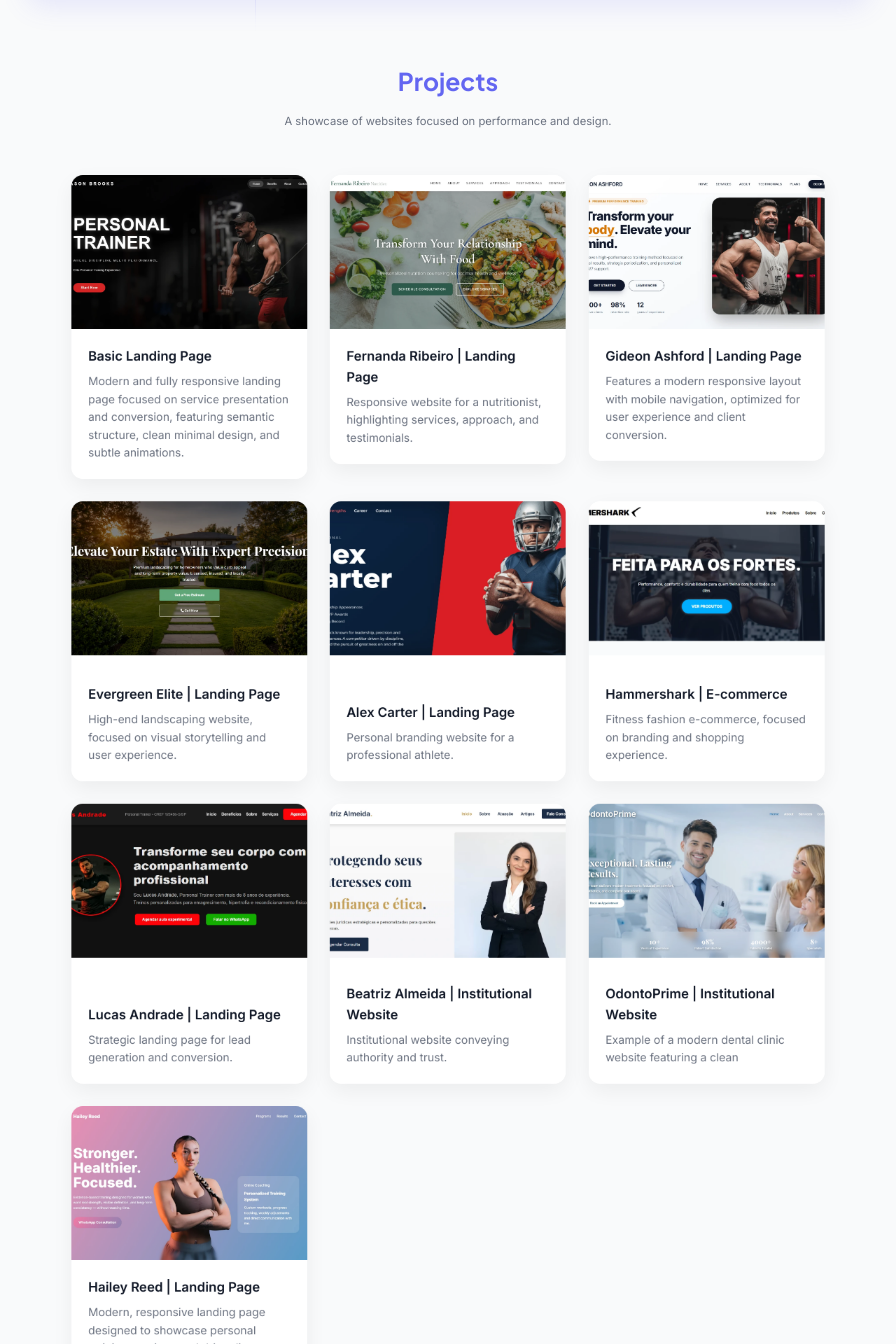
Repository: davidfsillva/portifolio
Page: index.html
The author's editor kept a copy of each file at every save. The page is drawn from the files as they stood at one save, then again after a run of saves.
The browser window is 1280 px wide. The pictures show the part of the page from y = 1233 to 3153 px (the page is 3843 px tall before and 3851 px after), at 70% of full size.

Above is the page before, as saved 2026-02-21 18:56:40.
Console error: TypeError: Cannot read properties of null (reading 'addEventListener')

### index.html
<!DOCTYPE html>
<html lang="en">
<head>
    <meta charset="UTF-8">
    <meta name="viewport" content="width=device-width, initial-scale=1.0">

    <title>David Ferreira | Front-end Developer & Premium UI Designer</title>

    <!-- Primary SEO -->
    <meta name="description" content="David Ferreira is a front-end developer specialized in premium interfaces, high-conversion landing pages, and modern digital experiences.">
    <meta name="keywords" content="Front-end Developer, Web Designer, UI Designer, Landing Page, Web Development, Freelancer Brazil">
    <meta name="author" content="David Ferreira">
    <meta name="robots" content="index, follow">
    <link rel="canonical" href="https://davidfsillva.github.io/portifolio/">

    <!-- Open Graph (Facebook, LinkedIn) -->
    <meta property="og:title" content="David Ferreira | Premium Front-end Developer">
    <meta property="og:description" content="High-standard digital interfaces focused on performance and conversion.">
    <meta property="og:image" content="https://yourdomain.com/preview.jpg">
    <meta property="og:url" content="https://davidfsillva.github.io/portifolio/">
    <meta property="og:type" content="website">

    <!-- Twitter Card -->
    <meta name="twitter:card" content="summary_large_image">
    <meta name="twitter:title" content="David Ferreira | Web Developer">
    <meta name="twitter:description" content="Premium web development focused on performance and modern design.">
    <meta name="twitter:image" content="https://yourdomain.com/preview.jpg">

    <!-- Favicon -->
    <link rel="icon" href="img/icon.png" type="image/x-icon">

    <!-- Fonts -->
    <link href="https://fonts.googleapis.com/css2?family=Inter:wght@300;400;600&family=Plus+Jakarta+Sans:wght@700;800&display=swap" rel="stylesheet">

    <!-- Font Awesome -->
    <link rel="stylesheet" href="https://cdnjs.cloudflare.com/ajax/libs/font-awesome/6.5.0/css/all.min.css" integrity="sha512-..." crossorigin="anonymous" referrerpolicy="no-referrer" />

    <link rel="stylesheet" href="style.css">
</head>

<body>

    <!-- NAVBAR -->
    <nav class="navbar">
        <div class="logo"><a href="#">David | Web Developer<span>.</span></a></div>

        <ul class="nav-links">
            <li><a href="#about">About</a></li>
            <li><a href="#portfolio">Projects</a></li>
            <li><a href="#contact" class="btn-sm">Contact</a></li>
        </ul>
    </nav>

    <!-- HERO -->
    <section class="hero">
        <div class="hero-content">
            <h1>Creating high-level digital <span> with code experiences</span></h1>
            <p>Front-end developer specialized in high-standard interfaces and landing pages focused on results.</p>
            <div class="hero-btns">
                <a href="#portfolio" class="btn-primary">See Projects</a>
                <a href="#contact" class="btn-secondary">Let's Talk</a>
            </div>
        </div>
        <div class="hero-visual">
            <div class="hero-glow"></div>
        </div>
    </section>

    <!-- ABOUT -->
    <section id="about" class="section">
        <h2>About Me</h2>
        <p>I'm David Ferreira, a Front-end developer focused on creating modern, functional websites with premium interfaces. I work with HTML, CSS, JavaScript, and React, prioritizing performance, design, and user experience.</p>
        <p>My goal is to help businesses and professionals stand out digitally through websites that convey trust and deliver real results.</p>
    </section>

    <!-- PORTFOLIO -->
    <section id="portfolio" class="portfolio">
        <div class="section-header">
            <h2>Projects</h2>
            <p>A showcase of websites focused on performance and design.</p>
        </div>
        <div class="portfolio-grid">

                                    <!--Project 10-->
            <a href="https://davidfsillva.github.io/Jason-Brooks/" target="_blank" class="project-link">
                <div class="project-card">
                    <div class="card-image">
                        <img src="img/jason.webp" alt="Gideon Ashford">
                        <div class="card-overlay"><span>View Details</span></div>
                    </div>
                    <div class="card-info">
                        <h3>Basic Landing Page</h3>
                        <p>Modern and fully responsive landing page focused on service presentation and conversion, featuring semantic structure, clean minimal design, and subtle animations.</p>
                    </div>
                </div>
            </a>

                                    <!--Project 9-->
            <a href="https://davidfsillva.github.io/Fernanda-Ribeiro/" target="_blank" class="project-link">
                <div class="project-card">
                    <div class="card-image">
                        <img src="img/nutri.webp" alt="Gideon Ashford">
                        <div class="card-overlay"><span>View Details</span></div>
                    </div>
                    <div class="card-info">
                        <h3>Fernanda Ribeiro | Landing Page</h3>
                        <p>Responsive website for a nutritionist, highlighting services, approach, and testimonials.</p>
                    </div>
                </div>
            </a>

                                    <!--Project 8-->
            <a href="https://davidfsillva.github.io/Gideon-Ashford/" target="_blank" class="project-link">
                <div class="project-card">
                    <div class="card-image">
                        <img src="img/gideon.webp" alt="Gideon Ashford">
                        <div class="card-overlay"><span>View Details</span></div>
                    </div>
                    <div class="card-info">
                        <h3>Gideon Ashford | Landing Page</h3>
                        <p>Features a modern responsive layout with mobile navigation, optimized for user experience and client conversion.</p>
                    </div>
                </div>
            </a>

            <!-- Project 6 -->
            <a href="https://davidfsillva.github.io/Evergreen-Elite-Landscaping/" target="_blank" class="project-link">
                <div class="project-card">
                    <div class="card-image">
                        <img src="img/lndg.webp" alt="Alex Carter Project">
                        <div class="card-overlay"><span>View Details</span></div>
                    </div>
                    <div class="card-info">
                        <h3>Evergreen Elite | Landing Page</h3>
                        <p>High-end landscaping website, focused on visual storytelling and user experience.</p>
                    </div>
                </div>
            </a>

            <!-- Project 1 -->
            <a href="https://davidfsillva.github.io/Alex-Carter/" target="_blank" class="project-link">
                <div class="project-card">
                    <div class="card-image">
                        <img src="img/alex.webp" alt="Alex Carter Project">
                        <div class="card-overlay"><span>View Details</span></div>
                    </div>
                    <div class="card-info">
                        <h3>Alex Carter | Landing Page</h3>
                        <p>Personal branding website for a professional athlete.</p>
                    </div>
                </div>
            </a>

            <!-- Project 2 -->
            <a href="https://davidfsillva.github.io/e-hammershark/" target="_blank" class="project-link">
                <div class="project-card">
                    <div class="card-image">
                        <img src="img/ecomerce.webp" alt="Hammershark Project">
                        <div class="card-overlay"><span>View Details</span></div>
                    </div>
                    <div class="card-info">
                        <h3>Hammershark | E-commerce</h3>
                        <p>Fitness fashion e-commerce, focused on branding and shopping experience.</p>
                    </div>
                </div>
            </a>

            <!-- Project 3 -->
            <a href="https://davidfsillva.github.io/landing-page/" target="_blank" class="project-link">
                <div class="project-card">
                    <div class="card-image">
                        <img src="img/lucas.webp" alt="Landing Page Project">
                        <div class="card-overlay"><span>View Details</span></div>
                    </div>
                    <div class="card-info">
                        <h3>Lucas Andrade | Landing Page</h3>
                        <p>Strategic landing page for lead generation and conversion.</p>
                    </div>
                </div>
            </a>

            <!-- Project 4 -->
            <a href="https://davidfsillva.github.io/beatriz-almeida-adv/" target="_blank" class="project-link">
                <div class="project-card">
                    <div class="card-image">
                        <img src="img/adv.webp" alt="Beatriz Almeida Law Firm Project">
                        <div class="card-overlay"><span>View Details</span></div>
                    </div>
                    <div class="card-info">
                        <h3>Beatriz Almeida | Institutional Website</h3>
                        <p>Institutional website conveying authority and trust.</p>
                    </div>
                </div>
            </a>

                        <!-- Project 7 -->
            <a href="https://davidfsillva.github.io/OdontoPrime/" target="_blank" class="project-link">
                <div class="project-card">
                    <div class="card-image">
                        <img src="img/odonto.webp" alt="Beatriz Almeida Law Firm Project">
                        <div class="card-overlay"><span>View Details</span></div>
                    </div>
                    <div class="card-info">
                        <h3>OdontoPrime | Institutional Website</h3>
                        <p>Example of a modern dental clinic website featuring a clean</p>
                    </div>
                </div>
            </a>

            <!-- Project 5 -->
            <a href="https://davidfsillva.github.io/Hailey-Reed-Coaching/" target="_blank" class="project-link">
                <div class="project-card">
                    <div class="card-image">
                        <img src="img/Hailey.webp" alt="Beatriz Almeida Law Firm Project">
                        <div class="card-overlay"><span>View Details</span></div>
                    </div>
                    <div class="card-info">
                        <h3>Hailey Reed | Landing Page </h3>
                        <p>Modern, responsive landing page designed to showcase personal training services and drive direct conversions.</p>
                    </div>
                </div>
            </a>
        </div>
    </section>

    <!-- CTA / CONTACT -->
    <section id="contact" class="cta-section">
        <h2>Ready to elevate your digital presence?</h2>
        <p>Turn your idea into a high-standard digital interface.</p>
        <a href="https://wa.me/5511990242453" target="_blank" class="btn-whatsapp">Start a WhatsApp Conversation</a>
    </section>

    <!-- FOOTER -->
    <footer>
        <div class="footer-content">
            <p>&copy; 2026 David Ferreira. All rights reserved.</p>
            <div class="social-links">
                <a href="mailto:davidfsillva@icloud.com" target="_blank" rel="noopener noreferrer"><i class="fa-solid fa-envelope"></i></a>
                <a href="https://www.instagram.com/david_websites?igsh=MWdmZWJ3MW80N3JsNQ==" target="_blank" rel="noopener noreferrer"><i class="fa-brands fa-instagram"></i></a>
            </div>
        </div>
    </footer>

    <script src="scripts.js"></script>
</body>
</html>

Loaded but not shown: scripts.js (103 lines, source omitted); style.css (643 lines, source omitted)

After the next 4 saves:
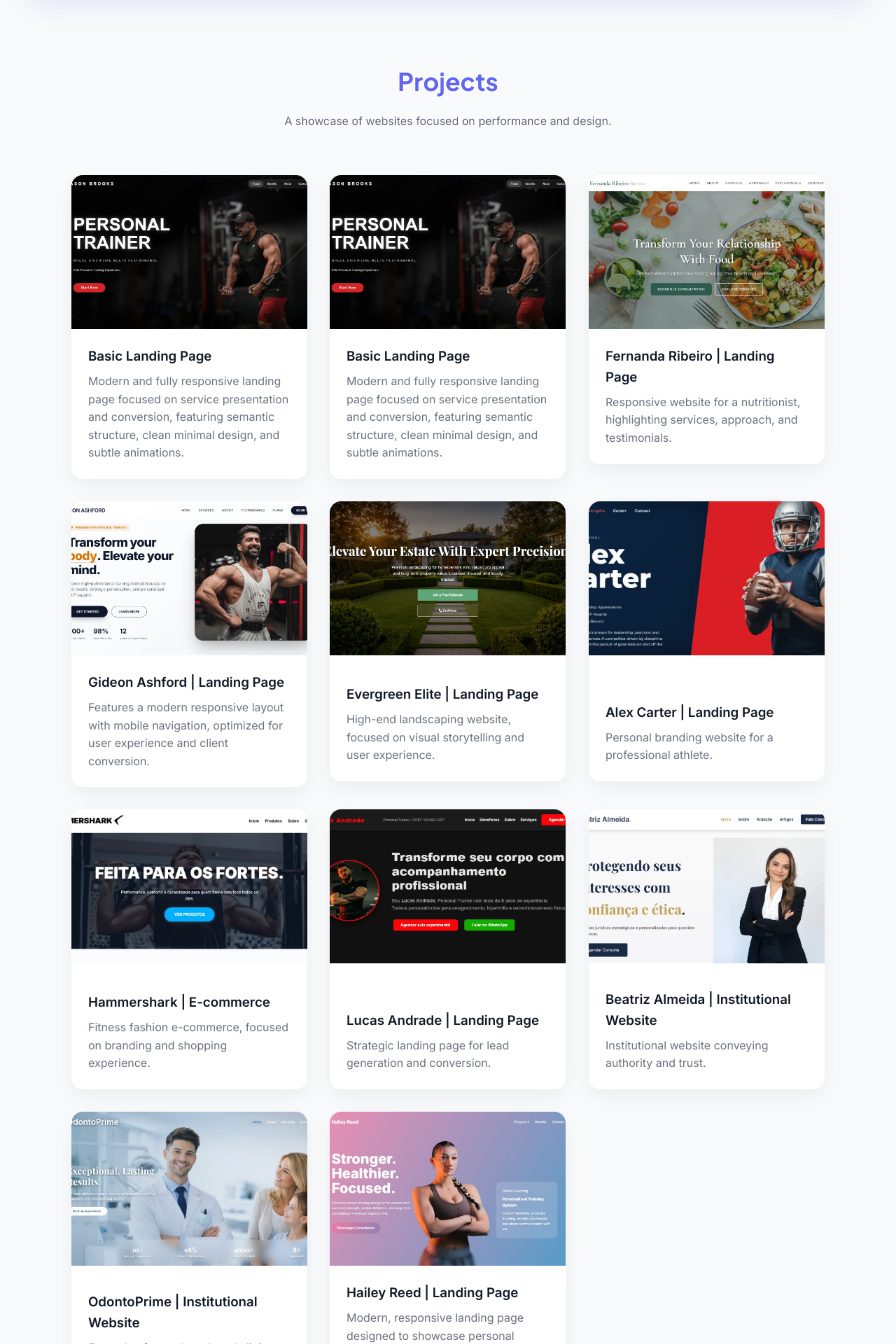
The 4 saves are shown as one change because they came seconds apart.
The last was saved 4 days later.
--- a/index.html
+++ b/index.html
@@ -81,6 +81,20 @@
         </div>
         <div class="portfolio-grid">
 
+                                    <!--Project 11-->
+            <a href="https://davidfsillva.github.io/Jason-Brooks/" target="_blank" class="project-link">
+                <div class="project-card">
+                    <div class="card-image">
+                        <img src="img/jason.webp" alt="Gideon Ashford">
+                        <div class="card-overlay"><span>View Details</span></div>
+                    </div>
+                    <div class="card-info">
+                        <h3>Basic Landing Page</h3>
+                        <p>Modern and fully responsive landing page focused on service presentation and conversion, featuring semantic structure, clean minimal design, and subtle animations.</p>
+                    </div>
+                </div>
+            </a>
+
                                     <!--Project 10-->
             <a href="https://davidfsillva.github.io/Jason-Brooks/" target="_blank" class="project-link">
                 <div class="project-card">
